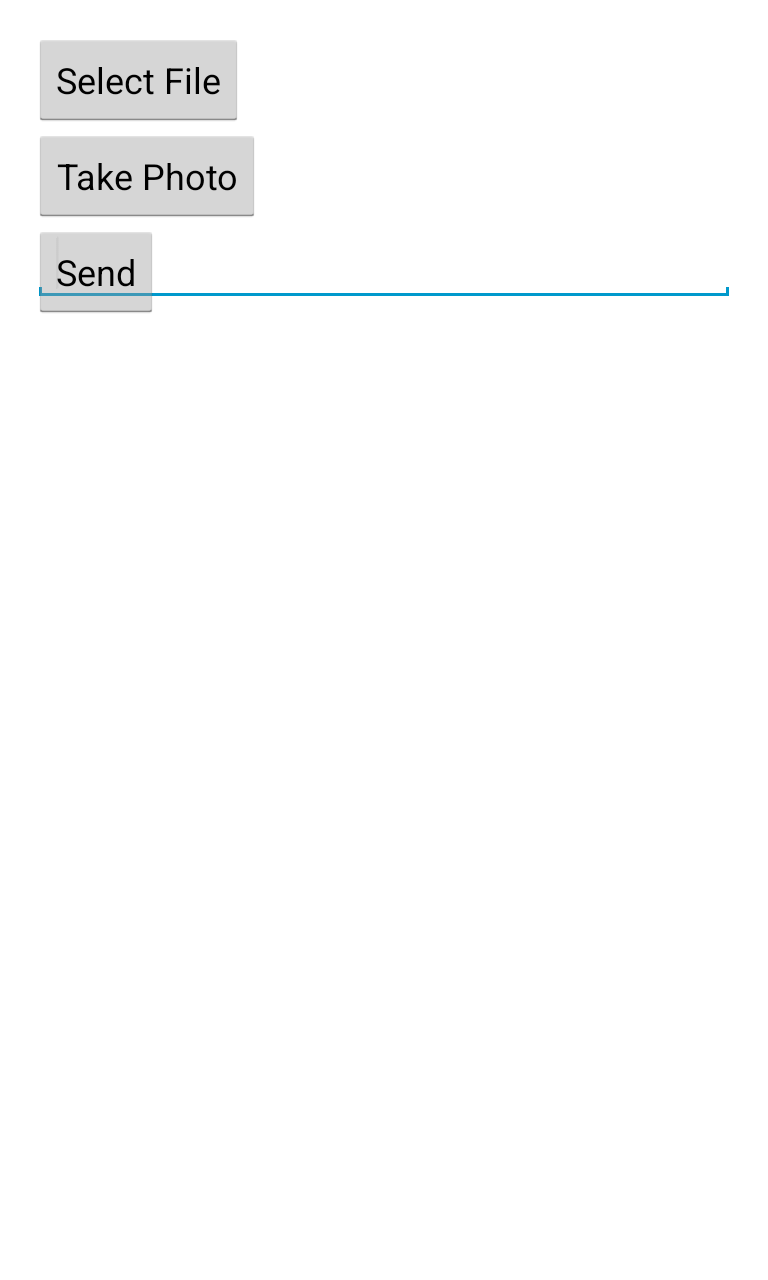
Repository: mossr/ocr_testing
Layout: sending_to_server/Photo2Server/res/layout/activity_main.xml
An editor plug-in stored every save of this project. The layout is shown before and after the next save, followed by the edit.
It is drawn on a 768 x 1280 px phone screen (xhdpi) without system bars, with theme AppTheme; the app's code is not run.

Above is the layout before, as saved 2014-01-15 14:15:22.

### sending_to_server/Photo2Server/res/layout/activity_main.xml
<RelativeLayout xmlns:android="http://schemas.android.com/apk/res/android"
    xmlns:tools="http://schemas.android.com/tools"
    android:layout_width="wrap_content"
    android:layout_height="wrap_content"
    android:paddingBottom="@dimen/activity_vertical_margin"
    android:paddingLeft="@dimen/activity_horizontal_margin"
    android:paddingRight="@dimen/activity_horizontal_margin"
    android:paddingTop="@dimen/activity_vertical_margin"
    tools:context=".MainActivity" >

    <TextView
        android:id="@+id/textView1"
        android:layout_height="wrap_content"
        android:layout_width="wrap_content" />

    <Button
        android:id="@+id/button1"
        android:layout_gravity="center"
        android:layout_height="wrap_content"
        android:layout_width="wrap_content"
        android:text="Select File" />

    <Button
        android:id="@+id/button2"
        android:layout_gravity="center"
        android:layout_height="wrap_content"
        android:layout_width="wrap_content"
        android:layout_below="@id/button1"
        android:text="Take Photo" />

    <EditText
        android:id="@+id/editText1"
        android:layout_width="wrap_content"
        android:layout_height="wrap_content"
        android:layout_alignParentLeft="true"
        android:layout_alignParentRight="true"
        android:layout_below="@id/button2"
        android:inputType="numberDecimal" >

        <requestFocus />
    </EditText>

    <Button
        android:id="@+id/button3"
        android:layout_gravity="center"
        android:layout_height="wrap_content"
        android:layout_width="wrap_content"
        android:layout_below="@id/button2"
        android:text="Send" />

</RelativeLayout>

Loaded but not shown: sending_to_server/Photo2Server/res/values/styles.xml (common file); sending_to_server/Photo2Server/res/values-v11/styles.xml (common file); sending_to_server/Photo2Server/res/values-v14/styles.xml (common file); sending_to_server/Photo2Server/res/values/dimens.xml (common file)

After the next save:
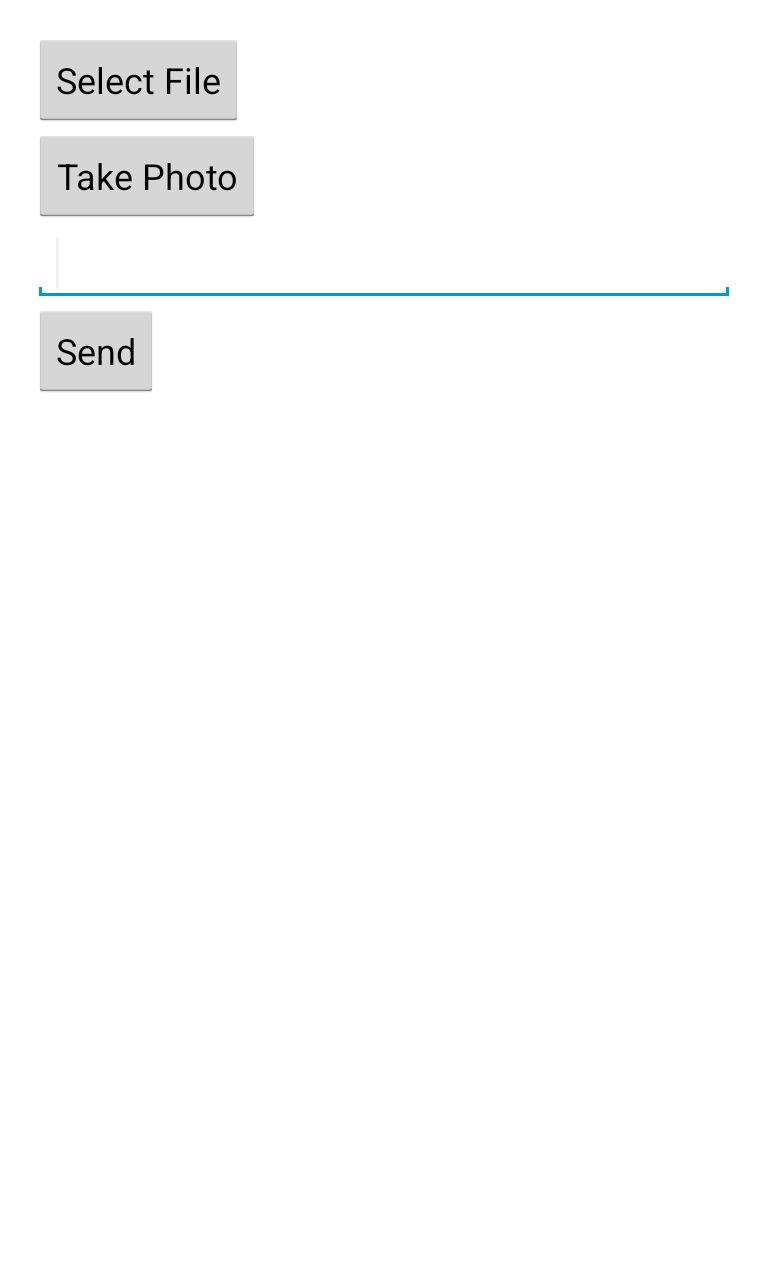
Saved 6 s later.
--- a/sending_to_server/Photo2Server/res/layout/activity_main.xml
+++ b/sending_to_server/Photo2Server/res/layout/activity_main.xml
@@ -45,7 +45,7 @@
         android:layout_gravity="center"
         android:layout_height="wrap_content"
         android:layout_width="wrap_content"
-        android:layout_below="@id/button2"
+        android:layout_below="@id/editText1"
         android:text="Send" />
 
 </RelativeLayout>
